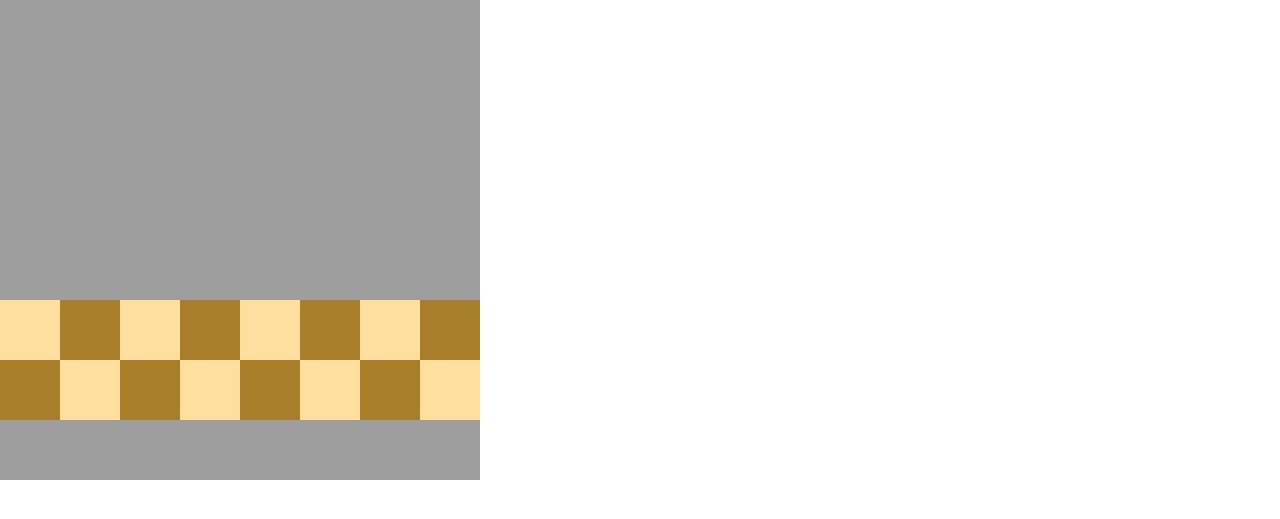
Repository: jameswilky/chess
Page: index.html
These files come from the project's save history. The page is drawn as it stood at one moment and after the next save; the edit follows.
The browser window is 1280 px wide. The pictures show the whole page.

Above is the page before, as saved 2018-11-15 12:22:17.

### index.html
<!DOCTYPE html>
<html>

<head>
    <meta charset="utf-8" />
    <title>Chess</title>
    <link href="style.css" rel="stylesheet">
</head>

<body>

    <canvas id="board"></canvas>
    <canvas id="markers"></canvas>
    <canvas id="chessmen_layer"></canvas>

    <script src="board.js"></script>
    <script src="chessmen.js"></script>
    <script src="mouse.js"></script>
    <script src="game.js"></script>



</body>

</html>

### style.css
* {
  padding: 0;
  margin: 0;
}

canvas {
  display: block;
  margin: 0 auto;
}

#board {
  position: absolute; left : 0; z-index:0;
}

#markers {
  position: absolute; left : 0; z-index:0;
}

#chessmen_layer {
  position: absolute; left : 0; z-index:1;
}

### board.js
//Define globals
const WIDTH = 480;
const HEIGHT = 480;
const N = 8;
const TILE_SIZE = HEIGHT / N; // 60

//Define board canvas
const board = document.getElementById("board");
const board_ctx = board.getContext("2d");
board.height = HEIGHT;
board.width = WIDTH;
let primary_color = "#a87e2b";
let secondary_color = "#ffdf9e";

//Define marker layer
const markers = document.getElementById("markers");
const markers_ctx = markers.getContext("2d");
markers.height = HEIGHT;
markers.width = WIDTH;

//Define chessmen layer
const chessmen_layer = document.getElementById("chessmen_layer");
const chessmen_ctx = chessmen_layer.getContext("2d");
chessmen_layer.height = HEIGHT;
chessmen_layer.width = WIDTH;

//Used for drawing
function drawRect(ctx, x, y, color) {
  ctx.beginPath();
  ctx.rect(x, y, TILE_SIZE, TILE_SIZE);
  ctx.fillStyle = color;
  ctx.fill();
  ctx.closePath();
}

function initialize_board() {
  // Initialize graphical and logical board
  let i, j, x, y = 0;
  let prev_color;
  for (i = 0; i < N; i++) {
    y = TILE_SIZE * i;
    if (i % 2 == 0) { //If even, start with a black grid
      prev_color = secondary_color;
    }
    else { //If odd, start with a #ffcf7c grid
      prev_color = primary_color;
    }
    for (j = 0; j < N; j++) {
      x = TILE_SIZE * j;

      if (prev_color == primary_color) { //If last block black, make this block #ffcf7c
        prev_color = secondary_color;
      }
      else if (prev_color == secondary_color) { //If last block #ffcf7c, make this block black
        prev_color = primary_color;
      }
      drawRect(board_ctx, x, y, prev_color);

    }
  }
}

### chessmen.js
let chessmen = []; // Hold living chest piece objects

// Populate list of current chess pieces
function init_chessmen(items) {
  for (let id = 0; id < items.length; id++) {
    chessmen[id] = new Chessman(id, items[id].type, items[id].row, items[id].col, items[id].faction);
    chessmen[id].render(chessmen_ctx);
  }
}

//Chest piece constructor
function Chessman(id, type, row, col, faction) {
  this.name = type + "_" + faction + "_" + id;
  this.id = id;
  this.type = type;
  this.position = {
    logical: { col: col, row: row },
    graphical: { //calculate position of chest piece
      x: (col * TILE_SIZE), y: (row * TILE_SIZE)
    }
  }
  this.faction = faction;
  this.sprite = "/images/" + type + "_" + faction + ".png";
  this.options = []; // holds objects containing possible locations to move
  this.render = function () {
    //Draws the chest piece
    let img = new Image();
    let x = this.position.graphical.x;
    let y = this.position.graphical.y;

    img.onload = function () {
      //Loads when img.src is called
      chessmen_ctx.drawImage(img, x, y);
    }
    img.src = this.sprite;
  }
  this.derender = function () {
    chessmen_ctx.clearRect(this.position.graphical.x, this.position.graphical.y, TILE_SIZE, TILE_SIZE);
  }
  this.calculate_movement_options = function () {
    //This function is used to determine the coordinates of each possible move for a selected tile
    let j = 0;
    let i = 0; //used to iterate through list of options
    //console.log(type, faction, row, col)
    let r = this.position.logical.row;
    let c = this.position.logical.col;

    let options = this.options;

    function check_tile(row, col) {
      //Checks the status of the board to see if the chessman can move to selected tile

      let option = { faction: faction };
      //Check tile does not exceed bounds of the board
      if (row > 7 || row < 0 || col > 7 || col < 0) {
        return false;
      }

      //Check if target tile contains a chessman of same faction
      let isFriendly = false;
      let isEnemy = false;

      chessmen.forEach(chessman => {
        if (chessman.position.logical.row == row && chessman.position.logical.col == col) { //Check if position is occupied
          if (chessman.faction == faction) {
            isFriendly = true;
          }
          else { //tile is occupied by enemy
            isEnemy = true;
          }
        }
      })

      //if tile does not contain friendly chessmen, or if its an enemy create new option
      if (!isFriendly || isEnemy) {
        option.row = row;
        option.col = col;
        options[i] = option;
        i++;
      }

      return isFriendly || isEnemy;

    }

    if (this.type == "pawn") {
      if (this.faction == "black") {
        check_tile(r + 1, c);
      }
      if (this.faction == "white") {
        check_tile(r - 1, c);
      }
    }
    if (this.type == "rook") {
      for (j = 0; j < N; j++) {// South
        if (check_tile(r + j + 1, c) == true) break
      }
      for (j = 0; j < N; j++) {// East
        if (check_tile(r, c + j + 1) == true) break
      }
      for (j = 0; j < N; j++) {// North
        if (check_tile(r - j - 1, c) == true) break
      }
      for (j = 0; j < N; j++) {// West
        if (check_tile(r, c - j - 1) == true) break
      }
    }
    if (this.type == "bishop") {
      for (j = 0; j < N; j++) { // South East
        if (check_tile(r + 1 + j, c + 1 + j) == true) break
      }
      for (j = 0; j < N; j++) { // South West
        if (check_tile(r + 1 + j, c - 1 - j) == true) break
      }
      for (j = 0; j < N; j++) { // North East
        if (check_tile(r - 1 - j, c + 1 + j) == true) break
      }
      for (j = 0; j < N; j++) { // North west
        if (check_tile(r - 1 - j, c - 1 - j) == true) break
      }
    }
    if (this.type == "queen") {
      for (j = 0; j < N; j++) { // South East
        if (check_tile(r + 1 + j, c + 1 + j) == true) break
      }
      for (j = 0; j < N; j++) { // South West
        if (check_tile(r + 1 + j, c - 1 - j) == true) break
      }
      for (j = 0; j < N; j++) { // North East
        if (check_tile(r - 1 - j, c + 1 + j) == true) break
      }
      for (j = 0; j < N; j++) { // North west
        if (check_tile(r - 1 - j, c - 1 - j) == true) break
      }
      for (j = 0; j < N; j++) {// South
        if (check_tile(r + j + 1, c) == true) break
      }
      for (j = 0; j < N; j++) {// East
        if (check_tile(r, c + j + 1) == true) break
      }
      for (j = 0; j < N; j++) {// North
        if (check_tile(r - j - 1, c) == true) break
      }
      for (j = 0; j < N; j++) {// West
        if (check_tile(r, c - j - 1) == true) break
      }
    }
    if (this.type == "king") {
      check_tile(r + 1, c + 1) //South East
      check_tile(r + 1, c - 1) //South West
      check_tile(r - 1, c + 1) // North East
      check_tile(r - 1, c - 1) //North West
      check_tile(r + 1, c) //south
      check_tile(r, c + 1) //east
      check_tile(r - 1, c) //north
      check_tile(r, c - 1) //west

    }
    if (this.type == "knight") {
      // Check each tile in clockwise order
      check_tile(r - 2, c + 1)
      check_tile(r - 1, c + 2)
      check_tile(r + 1, c + 2)
      check_tile(r + 2, c + 1)
      check_tile(r + 2, c - 1)
      check_tile(r + 1, c - 2)
      check_tile(r - 1, c - 2)
      check_tile(r - 2, c - 1)
    }

    //return array of options containing locations to highlight


  }
  this.show_movement_options = function () {
    this.options.forEach(option => {
      //Represent each available movement option with a highlighted tile
      drawRect(markers_ctx, (option.col * TILE_SIZE), (option.row * TILE_SIZE), "blue");
    })
  }
  this.hover = false;
}

// Update location of chest pieces
function render_markers() {
  //Clear all markers
  markers_ctx.clearRect(0, 0, HEIGHT, WIDTH);

  //find chessman that matches mouse location and show movement markers
  chessmen.forEach(chessman => {
    if (chessman.hover == true) {
      chessman.show_movement_options();
    }
  });
}

function moveIsValid(r1, r2, c1, c2, chessman) {
  let valid = false;

  if ((r1 == r2) && (c1 == c2)) {
    // if logical position is the same, no move was made
    valid = false;
  }
  chessman.options.forEach(option => {
    if (option.row == r2 && option.col == c2) {
      //todo check faction
      valid = true;
    }
  })
  return valid
}
//Update graphical and logical position
function moveChessman(col, row, chessman) {
  if (moveIsValid(chessman.position.logical.row, row, chessman.position.logical.col, col, chessman)) {
    //If valid, Check if enemy chessman has been killed
    console.log("moved to", col, row);

    // then render at new position and update logical position
    chessman.position.logical.col = col;
    chessman.position.logical.row = row;
    chessman.position.graphical.x = chessman.position.logical.col * TILE_SIZE;
    chessman.position.graphical.y = chessman.position.logical.row * TILE_SIZE;
    chessman.render();



    // trigger movement event
    let event = new CustomEvent('moved');
    document.dispatchEvent(event);
  }
  else {
    //re-render original position
    chessman.render();
  }


}

### mouse.js
let selector = document.createElement("img");
let dragging = false;

selector.ondragstart = function () {
  return false;
};

//Compare two row/col coordinates
function coordsMatch(coord, piece) {
  let xmin = piece.x;
  let xmax = piece.x + TILE_SIZE;

  let ymin = piece.y;
  let ymax = piece.y + TILE_SIZE;

  if (
    (coord.x >= xmin) &&
    (coord.x < xmax) &&
    (coord.y >= ymin) &&
    (coord.y < ymax)
  ) {
    return true
  }
}

//Listen for when we hover over a chest piece, then draw the movement options
chessmen_layer.addEventListener('mousemove', (e) => {
  if (dragging == false) {
    let pos = {
      x: e.clientX,
      y: e.clientY
    };
    //Check all chessmen and check if clicked location matches a chessman location
    chessmen.forEach(chessman => {
      if (coordsMatch(pos, chessman.position.graphical)) {
        //If true, select that chessman
        chessman.hover = true;
      }
      else {
        //Otherwise, that chessman was not selected
        chessman.hover = false;
      }
    })
    render_markers();
  }
})

//Click and drag chessmen
chessmen_layer.addEventListener('mousedown', (e) => {
  dragging = true; //stop markers rendering while dragging pieces
  let pos = {
    x: e.clientX,
    y: e.clientY
  }
  //Check all chessmen and check if clicked location matches a chessman location
  chessmen.forEach(chessman => {
    if (coordsMatch(pos, chessman.position.graphical)) {
      if (chessman.faction == "black") {
        dragging = false;
        return
      }
      //If true, derender chessman from chessman_layer, and redraw on selector layer
      chessman.derender();

      //draw selector
      selector.style.position = 'absolute';
      selector.src = chessman.sprite;
      //selector.style.zIndex = 4;
      document.body.append(selector);

      //center selector at mouse locaiton
      moveAt(pos.x, pos.y);

      function moveAt(x, y) {
        selector.style.left = x - TILE_SIZE / 2 + 'px';
        selector.style.top = y - TILE_SIZE / 2 + 'px';
      }

      function onMouseMove(moveEvent) {
        moveAt(moveEvent.clientX, moveEvent.clientY);
      }

      // selector will follow mouse on movement
      document.addEventListener('mousemove', onMouseMove);


      // drop the selector, remove unneeded handlers
      chessmen_layer.onmouseup = function (upevent) {
        document.removeEventListener('mousemove', onMouseMove);

        //clear selector
        selector.src = ""

        //convert mouse pos to a row/col logical value
        let dest = {
          x: Math.trunc(upevent.clientX / TILE_SIZE),
          y: Math.trunc(upevent.clientY / TILE_SIZE)
        }

        //Update chessman logical location and snap to grid
        moveChessman(dest.x, dest.y, chessman);
        chessmen_layer.onmouseup = null;

        dragging = false; // allow marker rendering to continue

      };
    }
  })
})

### game.js
//Initialize default locations
let default_locations = [
  { tile: 0, type: "rook", row: 0, col: 0, faction: "black" },
  { tile: 1, type: "knight", row: 0, col: 1, faction: "black" },
  { tile: 2, type: "bishop", row: 0, col: 2, faction: "black" },
  { tile: 3, type: "king", row: 0, col: 3, faction: "black" },
  { tile: 4, type: "queen", row: 0, col: 4, faction: "black" },
  { tile: 5, type: "bishop", row: 0, col: 5, faction: "black" },
  { tile: 6, type: "knight", row: 0, col: 6, faction: "black" },
  { tile: 7, type: "rook", row: 0, col: 7, faction: "black" },
  // { tile: 8, type: "pawn", row: 1, col: 0, faction: "black" },
  // { tile: 9, type: "pawn", row: 1, col: 1, faction: "black" },
  // { tile: 10, type: "pawn", row: 1, col: 2, faction: "black" },
  // { tile: 11, type: "pawn", row: 1, col: 3, faction: "black" },
  // { tile: 12, type: "pawn", row: 1, col: 4, faction: "black" },
  // { tile: 13, type: "pawn", row: 1, col: 5, faction: "black" },
  // { tile: 14, type: "pawn", row: 1, col: 6, faction: "black" },
  // { tile: 15, type: "pawn", row: 1, col: 7, faction: "black" },

  // { tile: 48, type: "pawn", row: 6, col: 0, faction: "white" },
  // { tile: 49, type: "pawn", row: 6, col: 1, faction: "white" },
  // { tile: 50, type: "pawn", row: 6, col: 2, faction: "white" },
  // { tile: 51, type: "pawn", row: 6, col: 3, faction: "white" },
  // { tile: 52, type: "pawn", row: 6, col: 4, faction: "white" },
  // { tile: 53, type: "pawn", row: 6, col: 5, faction: "white" },
  // { tile: 54, type: "pawn", row: 6, col: 6, faction: "white" },
  // { tile: 55, type: "pawn", row: 6, col: 7, faction: "white" },
  { tile: 56, type: "rook", row: 7, col: 0, faction: "white" },
  { tile: 57, type: "knight", row: 7, col: 1, faction: "white" },
  { tile: 58, type: "bishop", row: 7, col: 2, faction: "white" },
  { tile: 59, type: "king", row: 7, col: 3, faction: "white" },
  { tile: 60, type: "queen", row: 7, col: 4, faction: "white" },
  { tile: 61, type: "bishop", row: 7, col: 5, faction: "white" },
  { tile: 62, type: "knight", row: 7, col: 6, faction: "white" },
  { tile: 63, type: "rook", row: 7, col: 7, faction: "white" },

]

let turn = 0;
let IsWhiteTurn = false;
let IsBlackTurn = false;
let game = true;

function set_turn() {
  if (turn % 2 == 0) {
    IsWhiteTurn = true;
    IsBlackTurn = false;
    console.log("White players turn")
  }
  else {
    IsBlackTurn = true;
    IsWhiteTurn = false;
    console.log("Black players turn")
  }
  turn += 1;
}

//Set up board
initialize_board();
init_chessmen(default_locations);
chessmen.forEach(chessman => {
  chessman.calculate_movement_options();
})
set_turn();

// Listen for movement
document.addEventListener('moved', function (event) {
  //Calculate new movement positions
  chessmen.forEach(chessman => {
    chessman.calculate_movement_options();
  })
  //Change turn control
  set_turn();
  if (IsBlackTurn) {
    //Run black turn AI
    console.log("Black thinking...");

    console.log("Black moved");
    set_turn();
  }
}, false);

After the next save:
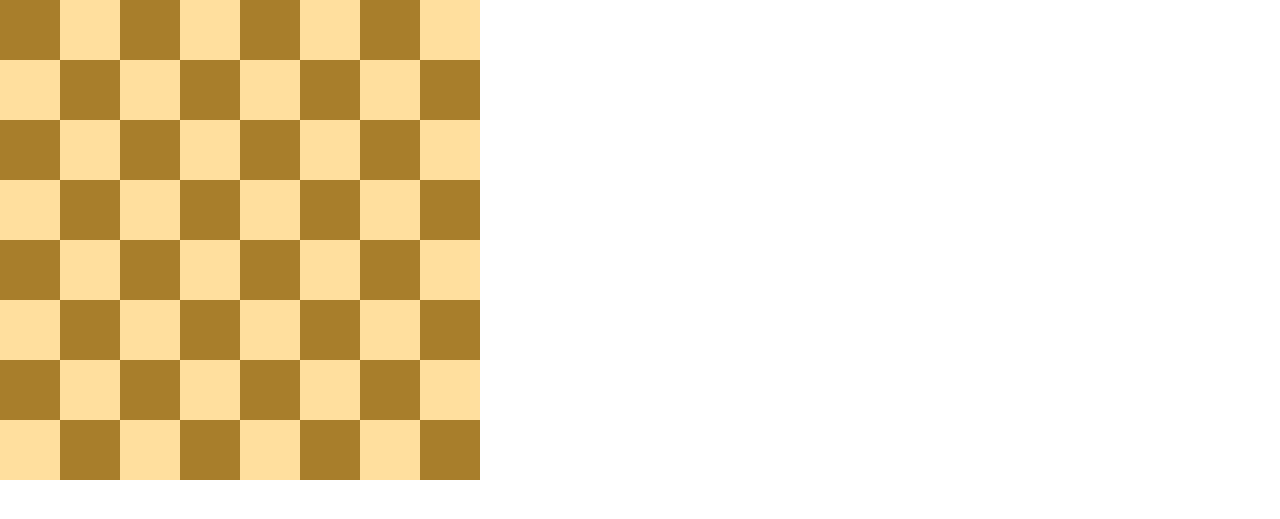
Console error: SyntaxError: Malformed arrow function parameter list
Saved 3 min 11 s later.
--- a/chessmen.js
+++ b/chessmen.js
@@ -213,7 +213,10 @@
 function moveChessman(col, row, chessman) {
   if (moveIsValid(chessman.position.logical.row, row, chessman.position.logical.col, col, chessman)) {
     //If valid, Check if enemy chessman has been killed
-    console.log("moved to", col, row);
+
+    chessmen.filter(position.logical => {
+      return pos
+    })
 
     // then render at new position and update logical position
     chessman.position.logical.col = col;

After the save that followed:
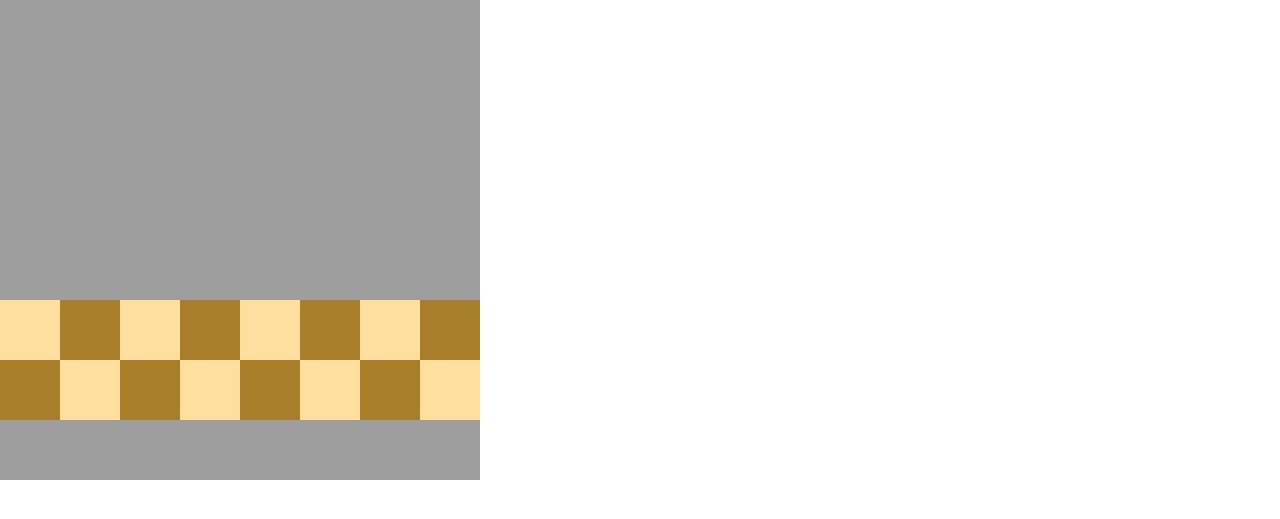
The error is gone.
Saved 47 s later.
--- a/chessmen.js
+++ b/chessmen.js
@@ -214,8 +214,8 @@
   if (moveIsValid(chessman.position.logical.row, row, chessman.position.logical.col, col, chessman)) {
     //If valid, Check if enemy chessman has been killed
 
-    chessmen.filter(position.logical => {
-      return pos
+    chessmen.filter(chessman => {
+
     })
 
     // then render at new position and update logical position
